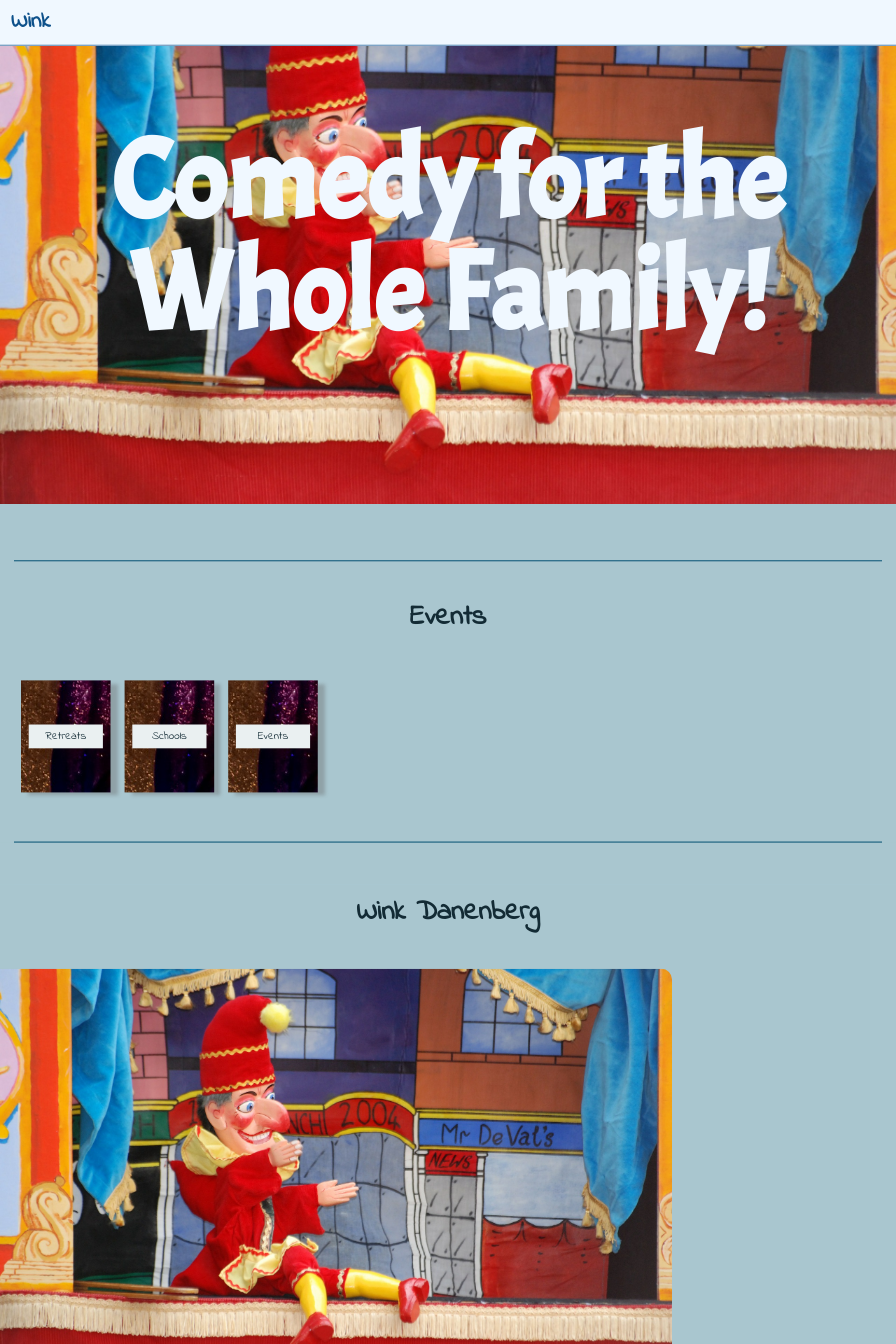
Repository: Sbethm/wink
Page: index.html
These files come from the project's save history. The page is drawn as it stood at one moment and after the next save; the edit follows.
The browser window is 1280 px wide. The pictures show the part of the page from y = 0 to 1920 px (the page is 5486 px tall), at 70% of full size.
The style sheet was rebuilt from its Sass, Less or Tailwind sources for each picture, by a compiler version that may differ from the author's.

Above is the page before, as saved 2021-08-30 15:59:58.

After the next save:
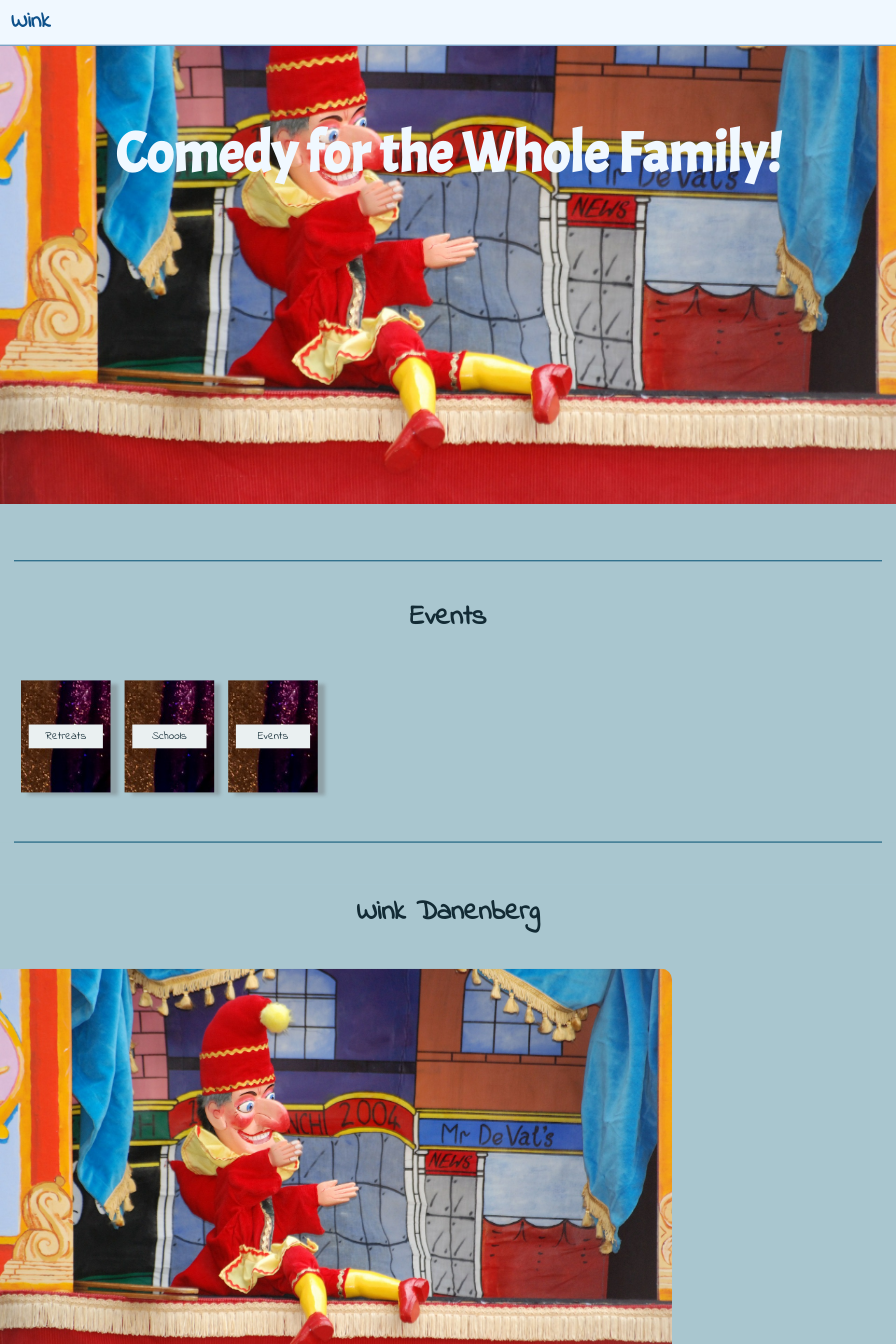
Saved 8 s later.
--- a/SCSS/main.scss
+++ b/SCSS/main.scss
@@ -108,7 +108,7 @@ header {
     position: absolute;
     top: calc(100vh - 75vh);
     width: 100vw;
-    font-size: 10rem;
+    font-size: 5rem;
     font-family: $headerFont;
     font-weight: 800;
     color: aliceblue;
